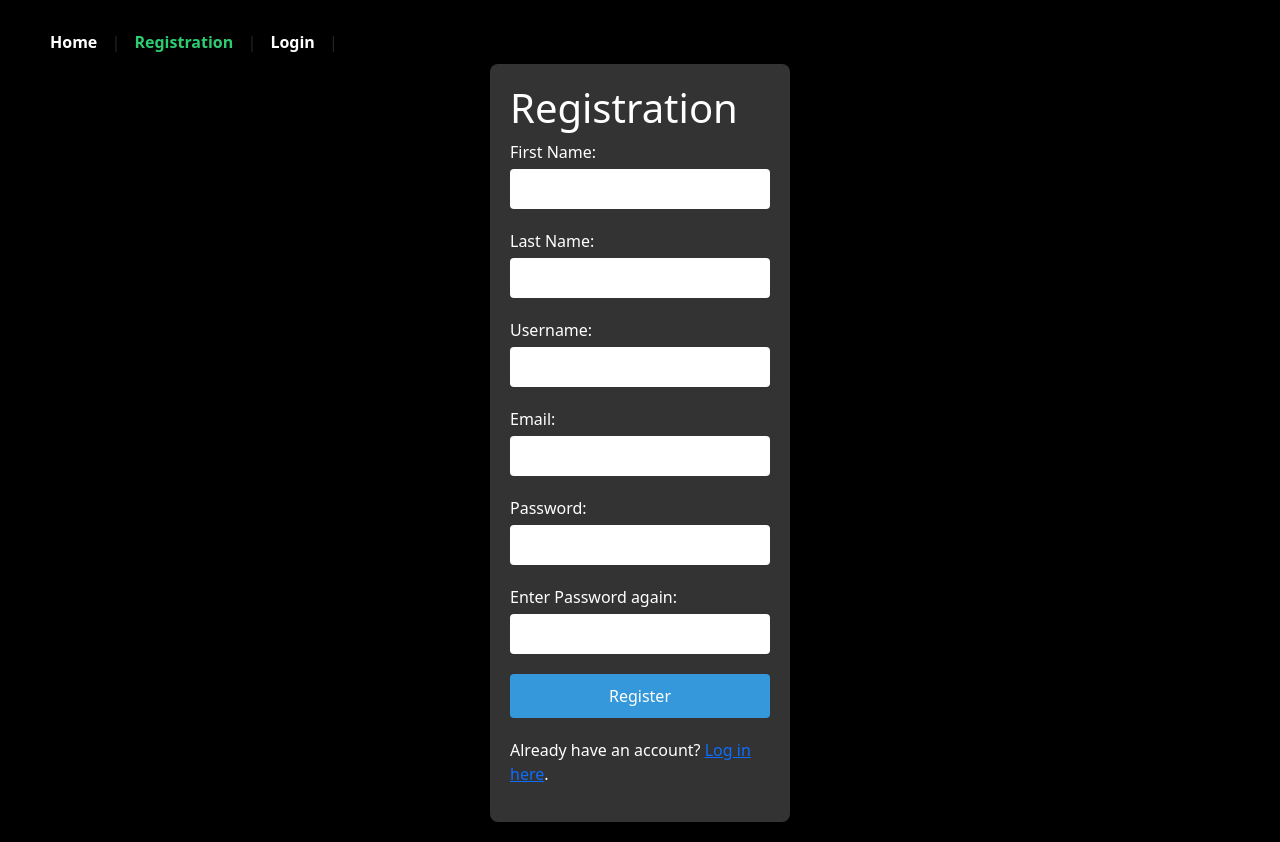
Repository: ag1372/RutgersHealthHackathon
Page: /registration (app in ruhealthhack/)
An editor plug-in stored every save of this project. The page is shown before and after the next save, followed by the edit.
The browser window is 1280 px wide. The pictures show the whole page.
The project was rebuilt for these pictures with package versions that can differ from the ones it lists, and the page was loaded fresh each time. Also part of the build but not shown: ruhealthhack/vue.config.js, ruhealthhack/views/Home.vue, ruhealthhack/views/Login.vue.

Above is the page before, as saved 2023-11-04 17:51:27.

### ruhealthhack/public/index.html
<!DOCTYPE html>
<html lang="">
  <head>
    <meta charset="utf-8">
    <meta http-equiv="X-UA-Compatible" content="IE=edge">
    <meta name="viewport" content="width=device-width,initial-scale=1.0">
    <!-- <link rel="stylesheet" href="/styles.css"> -->
  </head>
  <body>
    <div id="app"></div>
  </body>
</html>

### ruhealthhack/src/main.js
import { createApp } from 'vue';
import App from './App.vue';
import router from './router';
import '/stylesheets/styles.css';
import 'bootstrap/dist/css/bootstrap.min.css';
import 'bootstrap';


const app = createApp(App);
app.use(router);
app.mount('#app');

### ruhealthhack/src/App.vue
<template>

  <nav>
      <router-link to="/"> Home </router-link> |
      <router-link to="/registration">Registration</router-link> |
      <router-link to="/login">Login</router-link> |
  </nav>
    <router-view></router-view>
</template>

<script>

</script>

### ruhealthhack/src/router/index.js
// src/router/index.js
import { createRouter, createWebHistory } from 'vue-router';
import Home from '/views/Home.vue';
import Login from '/views/Login.vue';
import Registration from '/views/Registration.vue';

// Create a new router instance with our route definitions
const router = createRouter({
  history: createWebHistory(), // Use the history mode to avoid hashes in URLs
  routes: [
    {
      path: '/',
      name: 'Home',
      component: Home,
    },
    {
      path: '/login',
      name: 'Login',
      component: Login,
    },
    {
      path: '/registration',
      name: 'Registration',
      component: Registration,
    },
    // Add more routes as needed
  ],
});

export default router;

### ruhealthhack/stylesheets/styles.css
/* styles.css */
body {
    margin: 0;
    font-family: 'Helvetica Neue', Helvetica, Arial, sans-serif;
    color: white;
  }

  #app {
    text-align: left;
    padding: 20px;
    min-height: 100vh; /* This ensures that the app element covers the whole viewport height */
    background-color: #000;

  }

  nav {
    background-color: #000;
    padding: 10px 20px;
  }

  nav a {
    color: white;
    text-decoration: none;
    margin: 0 10px;
    font-weight: bold;
  }

  nav a:hover {
    color: #3498db;
  }

  nav a.router-link-exact-active {
    color: #2ecc71;
  }

### ruhealthhack/views/Registration.vue
<template>
    <div class="registration-container">
      <h1>Registration</h1>
      <form @submit.prevent="submitRegistration">
        <div>
          <label for="firstName">First Name:</label>
          <input id="firstName" class="registration-input" type="text" required>
        </div>
        <div>
          <label for="lastName">Last Name:</label>
          <input id="lastName" class="registration-input" type="text" required>
        </div>
        <div>
          <label for="username">Username:</label>
          <input id="username" class="registration-input" type="text" required>
        </div>
        <div>
          <label for="email">Email:</label>
          <input id="email" class="registration-input" type="email" required>
        </div>
        <div>
          <label for="password">Password:</label>
          <input id="password" class="registration-input" type="password" required>
        </div>
        <div>
          <label for="password">Enter Password again:</label>
          <input id="passwordagain" class="registration-input" type="password" required>
        </div>
        <button type="submit" class="registration-button">Register</button>
      </form>
      <p>Already have an account? <router-link to="/login">Log in here</router-link>.</p>
    </div>
  </template>

  <script>
  export default {
    name: 'HomeRegistration',
    methods: {
      submitRegistration() {
        // Logic to handle registration
        console.log('Registration form submitted');
      }
    }
  }
  </script>

  <style scoped>
  @import '/stylesheets/RegistrationStyles.css';
  </style>

### ruhealthhack/stylesheets/RegistrationStyles.css
.registration-container {
    max-width: 300px;
    margin: auto;
    padding: 20px;
    background-color: #333;
    color: white;
    border-radius: 8px;
    box-shadow: 0 2px 10px rgba(0, 0, 0, 0.3);
  }

  .form-group {
    margin-bottom: 15px;
  }

  label {
    display: block;
  }

  input[type="text"],
  input[type="password"],
  input[type="email"] {
    width: 100%;
    padding: 8px;
    margin-top: 5px;
    border-radius: 4px;
    border: none;
    margin-bottom: 20px; /* Add some space below the button */
  }

  button {
    width: 100%;
    padding: 10px;
    border: none;
    border-radius: 4px;
    margin-bottom: 20px; /* Add some space below the button */
    background-color: #3498db;
    color: white;
    cursor: pointer;
  }

  button:hover {
    background-color: #2980b9;
  }
  .router-link {
  color: #3498db;
  text-decoration: none;
}

.router-link:hover {
  text-decoration: underline;
}

After the next save:
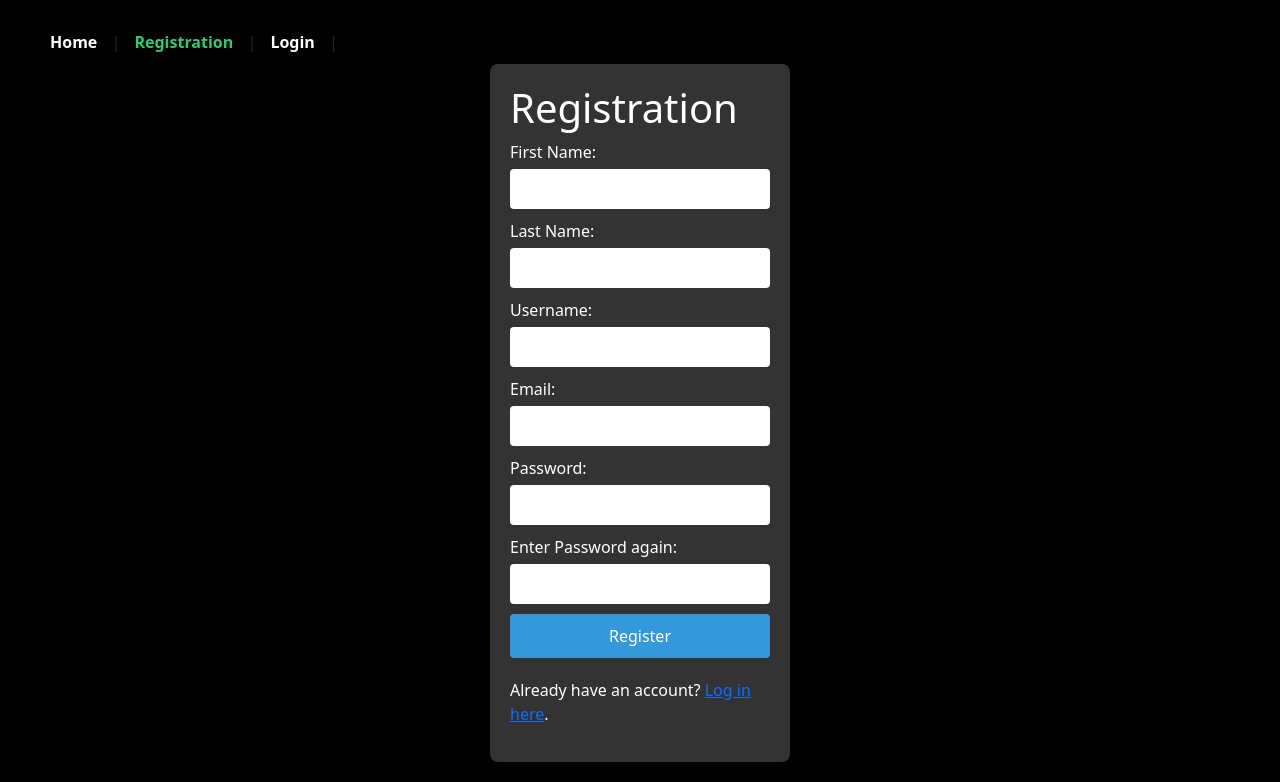
Saved 9 s later.
--- a/ruhealthhack/stylesheets/RegistrationStyles.css
+++ b/ruhealthhack/stylesheets/RegistrationStyles.css
@@ -24,7 +24,7 @@
     margin-top: 5px;
     border-radius: 4px;
     border: none;
-    margin-bottom: 20px; /* Add some space below the button */
+    margin-bottom: 10px; /* Add some space below the button */
   }
 
   button {
